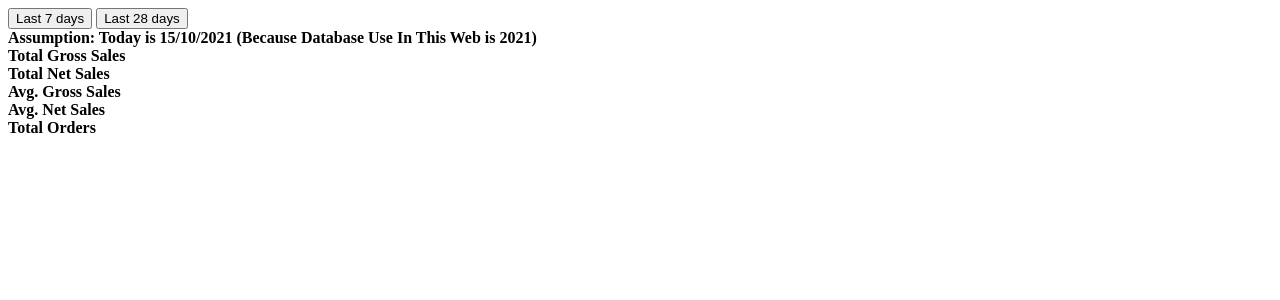
Repository: quockhuongtrann/Ecommerce-Website-With-Spring-Framework
Page: http://localhost/reports/sales_report_by_date
An editor plug-in stored every save of this project. The page is shown before and after the next save, followed by the edit.
The browser window is 1280 px wide. The pictures show the whole page.
The page is this project's Thymeleaf template; nobody is signed in. The template is opened directly, without the code that normally fills it, so the values that code supplies are empty.

Above is the page before, as saved 2023-01-18 11:42:06.

### ShopTqkProject/ShopTqkWebParent/ShopTqkBackend/src/main/resources/templates/reports/sales_report_by_date.html
<!DOCTYPE html>
<html xmlns:th="http://www.thymeleaf.org">
<body>
<div th:fragment="content" th:remove="tag">
	<div>
		<button period="last_7_days" class="btn btn-primary button-sales-by-date m-1">Last 7 days</button>
		<button period="last_28_days" class="btn btn-light button-sales-by-date m-1">Last 28 days</button>
		<div><b>Assumption: Today is 15/10/2021 (Because Database Use In This Web is 2021)</b></div>
	</div>

	<div id="chart_sales_by_date" class="justify-content-center mt-3">

	</div>

	<div class="row justify-content-center">
		<div class="col-2-sm">
			<div class="card">
				<div class="card-header"><b>Total Gross Sales</b></div>
				<div class="card-body">
					<span class="h3" id="textTotalGrossSales"></span>
				</div>
			</div>
		</div>

		<div class="col-2-sm">
			<div class="card">
				<div class="card-header"><b>Total Net Sales</b></div>
				<div class="card-body">
					<span class="h3" id="textTotalNetSales"></span>
				</div>
			</div>
		</div>

		<div class="col-2-sm">
			<div class="card">
				<div class="card-header"><b>Avg. Gross Sales</b></div>
				<div class="card-body">
					<span class="h3" id="textAvgGrossSales"></span>
				</div>
			</div>
		</div>

		<div class="col-2-sm">
			<div class="card">
				<div class="card-header"><b>Avg. Net Sales</b></div>
				<div class="card-body">
					<span class="h3" id="textAvgNetSales"></span>
				</div>
			</div>
		</div>

		<div class="col-2-sm">
			<div class="card">
				<div class="card-header"><b>Total Orders</b></div>
				<div class="card-body">
					<span class="h3" id="textTotalOrders"></span>
				</div>
			</div>
		</div>
	</div>
</div>

</body>
</html>

After the next save:
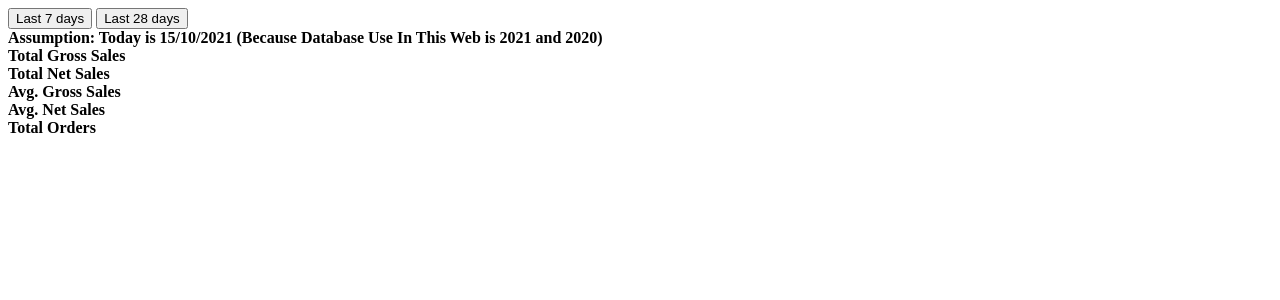
Saved 3 s later.
--- a/ShopTqkProject/ShopTqkWebParent/ShopTqkBackend/src/main/resources/templates/reports/sales_report_by_date.html
+++ b/ShopTqkProject/ShopTqkWebParent/ShopTqkBackend/src/main/resources/templates/reports/sales_report_by_date.html
@@ -5,7 +5,7 @@
 	<div>
 		<button period="last_7_days" class="btn btn-primary button-sales-by-date m-1">Last 7 days</button>
 		<button period="last_28_days" class="btn btn-light button-sales-by-date m-1">Last 28 days</button>
-		<div><b>Assumption: Today is 15/10/2021 (Because Database Use In This Web is 2021)</b></div>
+		<div><b>Assumption: Today is 15/10/2021 (Because Database Use In This Web is 2021 and 2020)</b></div>
 	</div>
 
 	<div id="chart_sales_by_date" class="justify-content-center mt-3">
